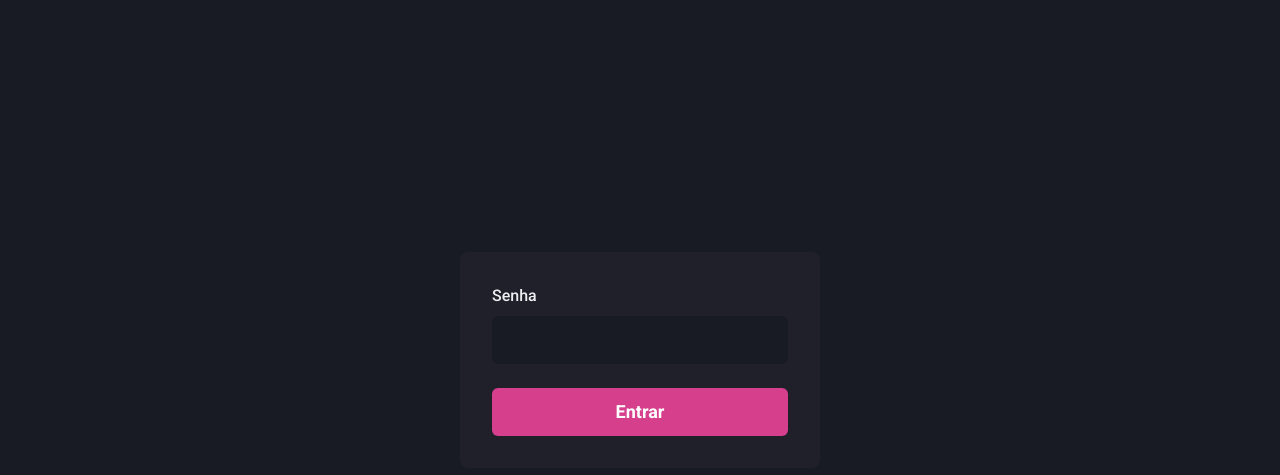
Repository: viniciusfg05/DashGo
Page: /
These files come from the project's save history. The page is drawn as it stood at one moment and after the next save; the edit follows.
The browser window is 1280 px wide. The pictures show the whole page.
The project was rebuilt for these pictures with package versions that can differ from the ones it lists, and the page was loaded fresh each time. The framework's server and built-in components were replaced by stand-ins that run in the browser. Also part of the build but not shown: next.config.js.

Above is the page before, as saved 2022-03-26 09:32:47.

After the next save:
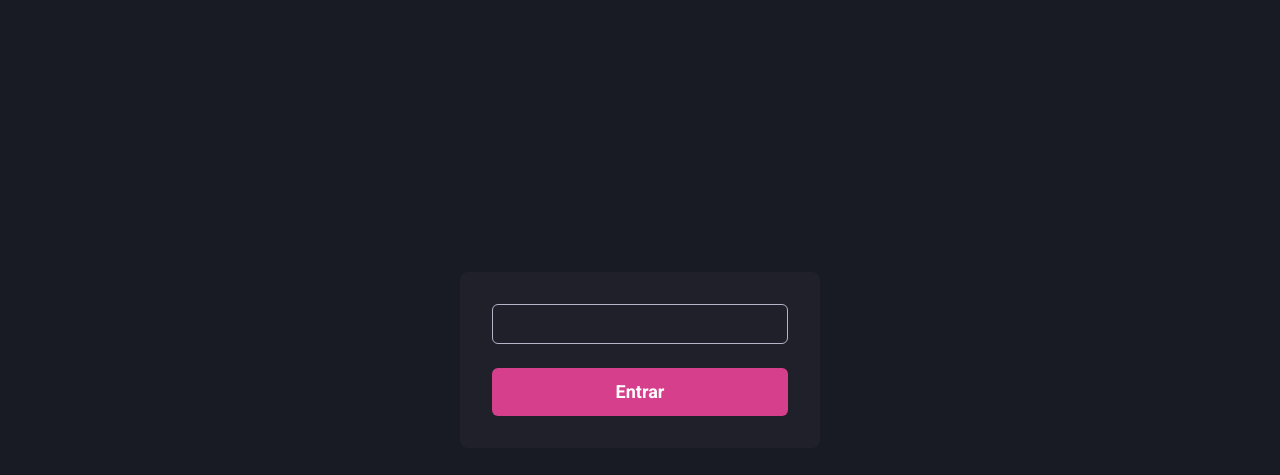
Saved 2 min 0 s later.
--- a/src/pages/index.tsx
+++ b/src/pages/index.tsx
@@ -20,25 +20,7 @@
 
         <Stack spacing={4}>
 
-
-
-
-          <FormControl>
-            <FormLabel htmlFor="password">Senha</FormLabel>
-
-            <Input
-            id='password'
-            name="password"
-            type="password"
-            focusBorderColor="pink.500"
-            bgColor="gray.900"
-            variant={"filled"} //variente se o input tem borda ou não
-            _hover={{
-              bgColor: 'gray-900'
-            }}
-            size="lg"
-            />
-          </FormControl>
+          <Input name="email" type="email" label="E-mail"/>
 
         </Stack>
 

After the 2 saves that followed:
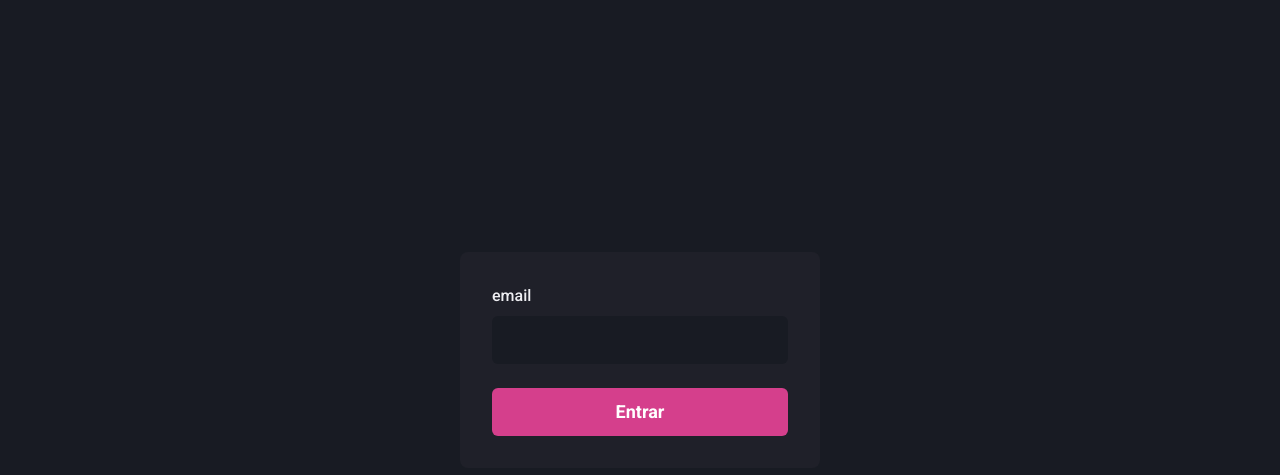
The 2 saves are shown as one change because 1 did not build or start.
The last was saved 2 min 59 s later.
--- a/src/pages/index.tsx
+++ b/src/pages/index.tsx
@@ -1,4 +1,5 @@
-import { Button, Flex, Input, Stack, FormLabel, FormControl} from "@chakra-ui/react";
+import { Button, Flex, Stack, FormLabel, FormControl} from "@chakra-ui/react";
+import { Input } from "../components/Form/Input";
 
 export default function Home() {
   return (
@@ -20,7 +21,7 @@
 
         <Stack spacing={4}>
 
-          <Input name="email" type="email" label="E-mail"/>
+          <Input name="email" type="email" label="email" />
 
         </Stack>
 
